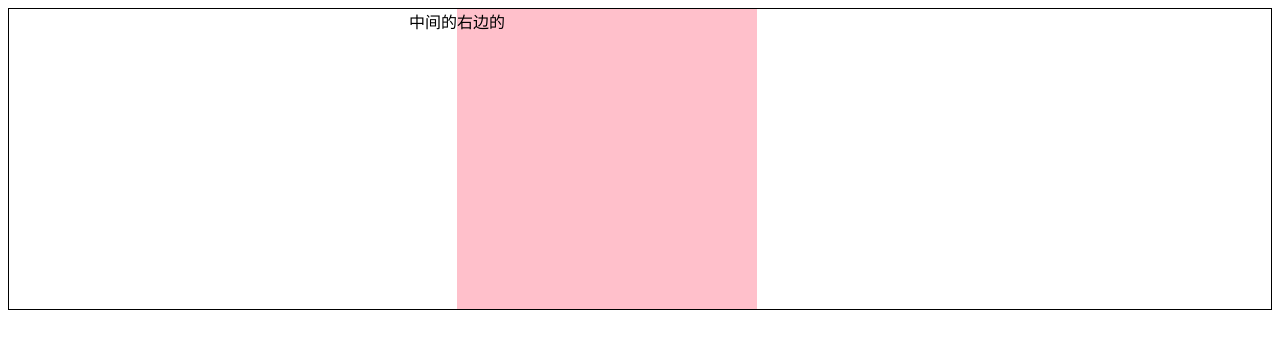
Repository: ljwrookie/Front-end-interview-handwritten-code
Page: 圣杯布局.html
These files come from the project's save history. The page is drawn as it stood at one moment and after the next save; the edit follows.
The browser window is 1280 px wide. The pictures show the whole page.

Above is the page before, as saved 2022-04-07 14:27:08.

After the next save:
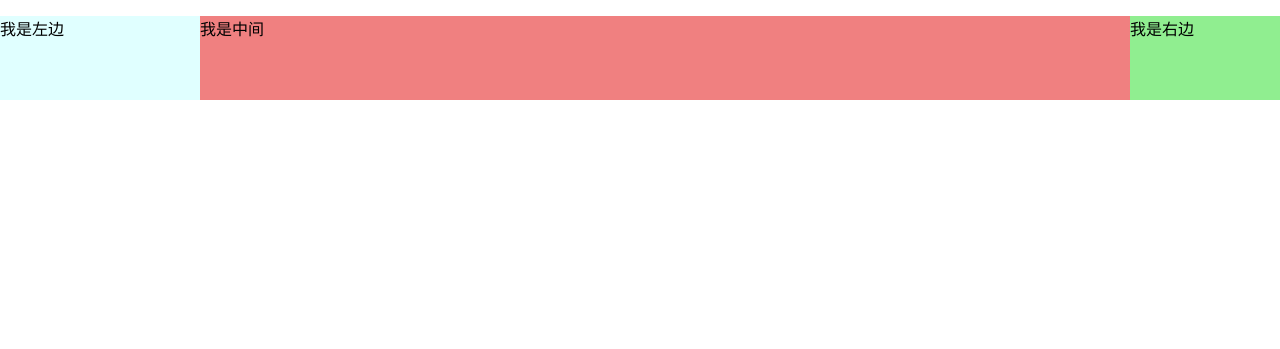
Saved 21 s later.
--- a/圣杯布局.html
+++ b/圣杯布局.html
@@ -6,41 +6,48 @@
 		<meta name="viewport" content="width=device-width, initial-scale=1.0" />
 		<title>圣杯布局</title>
 		<style>
-			.middle,
-			.left,
-			.right {
+			body {
+				margin: 0;
+				padding: 0;
+			}
+			#container {
+				padding-left: 200px;
+				padding-right: 150px;
+				height: 100px;
+				overflow: auto;
+			}
+			#container p {
 				float: left;
+				height: 100px;
 			}
-			.inner_middle {
-				margin: 0 300px;
-			}
-			.container {
-				border: 1px solid black;
-				height: 300px;
-				padding: 0 100px;
+			.center {
+				width: 100%;
+				background-color: lightcoral;
 			}
 			.left {
-				background: pink;
-				width: 300px;
-				height: 300px;
+				width: 200px;
+				position: relative;
+				left: -200px;
 				margin-left: -100%;
+				background-color: lightcyan;
 			}
-
 			.right {
-				background: pink;
-				width: 300px;
-				height: 300px;
-				margin-left: -300px; //300px为右盒子的宽度
+				width: 150px;
+				margin-right: -150px;
+				background-color: lightgreen;
+			}
+			.clearfix:after {
+				content: "";
+				display: table;
+				clear: both;
 			}
 		</style>
 	</head>
 	<body>
-		<div class="container">
-			<div class="middle">
-				<div class="inner_middle">中间的</div>
-			</div>
-			<div class="left">左边的</div>
-			<div class="right">右边的</div>
+		<div id="container" class="clearfix">
+			<p class="center">我是中间</p>
+			<p class="left">我是左边</p>
+			<p class="right">我是右边</p>
 		</div>
 	</body>
 </html>
